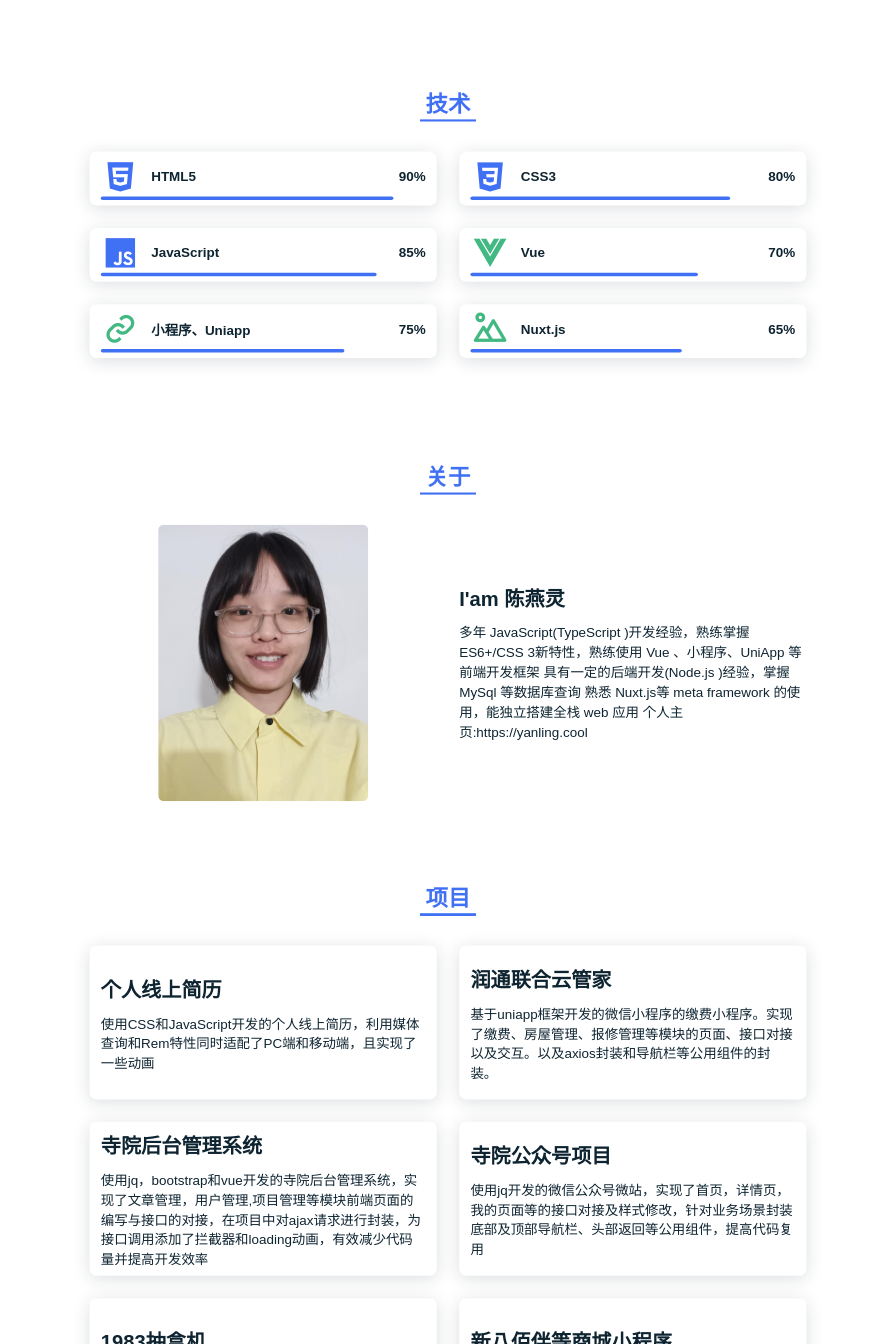
Repository: alinlinbo/yanling-resume-site
Page: index.html
These files come from the project's save history. The page is drawn as it stood at one moment and after the next save; the edit follows.
The browser window is 1280 px wide. The pictures show the part of the page from y = 661 to 2581 px (the page is 3770 px tall), at 70% of full size.

Above is the page before, as saved 2023-09-19 15:07:30.

After the next save:
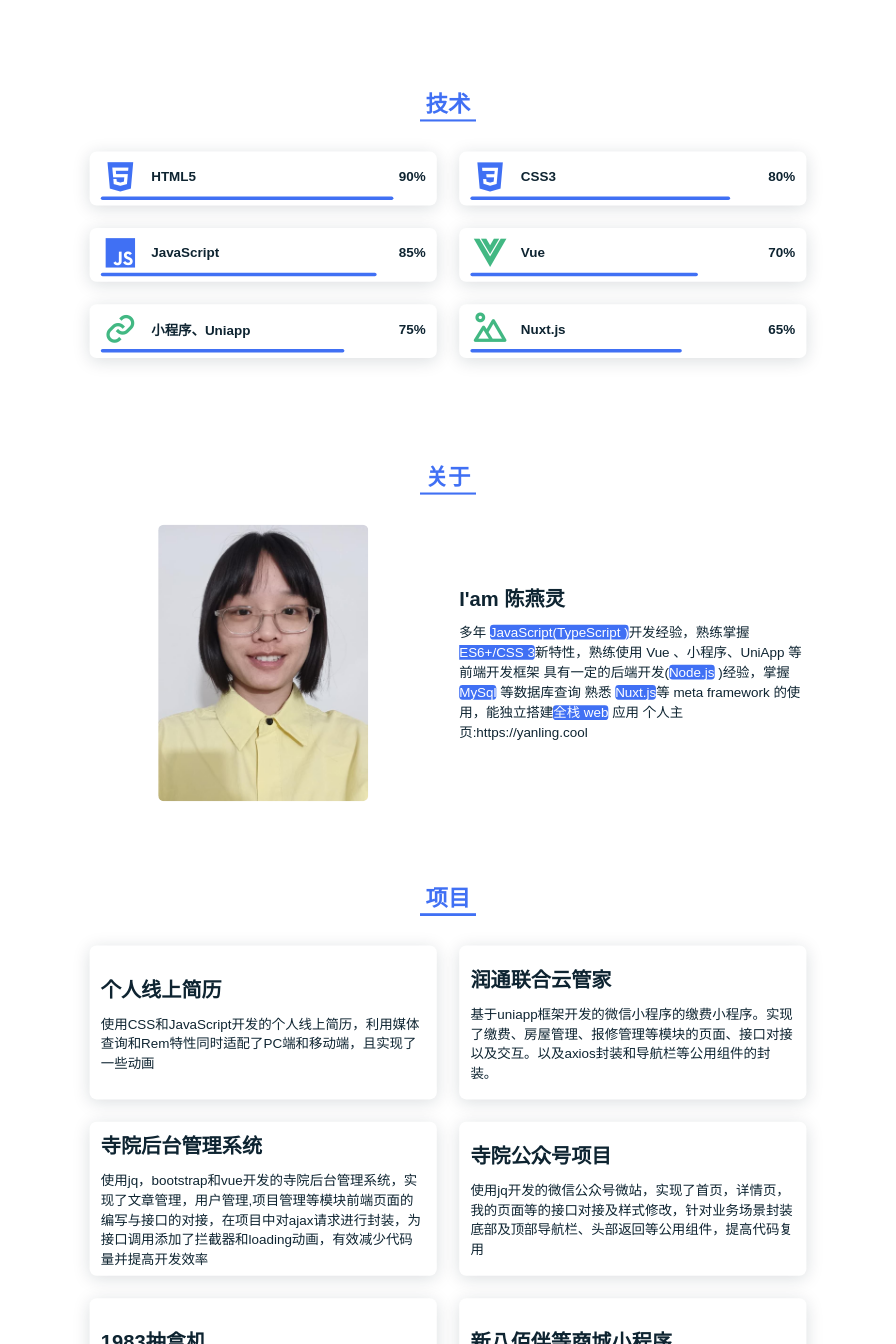
Saved 104 s later.
--- a/index.html
+++ b/index.html
@@ -197,9 +197,9 @@
                 <div class="about__sub">
                     <h2 class="about__subtitle">I'am 陈燕灵</h2>
                     <p class="about__text">
-                        多年 JavaScript(TypeScript )开发经验，熟练掌握 ES6+/CSS 3新特性，熟练使用 Vue 、小程序、UniApp 等前端开发框架
-                        具有一定的后端开发(Node.js )经验，掌握 MySql 等数据库查询
-                        熟悉 Nuxt.js等 meta framework 的使用，能独立搭建全栈 web 应用
+                        多年 <span>JavaScript(TypeScript )</span>开发经验，熟练掌握<span> ES6+/CSS 3</span>新特性，熟练使用 Vue 、小程序、UniApp 等前端开发框架
+                        具有一定的后端开发(<span>Node.js</span> )经验，掌握 <span>MySql</span> 等数据库查询
+                        熟悉 <span>Nuxt.js</span>等 meta framework 的使用，能独立搭建<span>全栈 web</span> 应用
                         个人主页:https://yanling.cool</p>
                 </div>
         </section>
